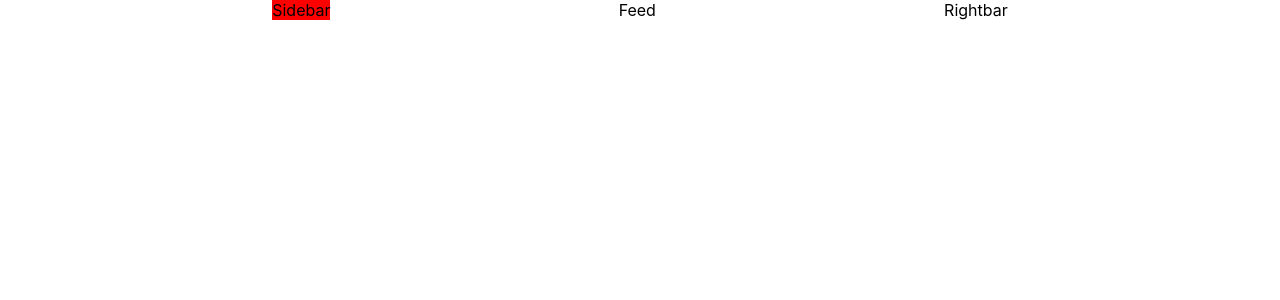
Repository: abubaker-cs/mui5_dashboard
Page: /
An editor plug-in stored every save of this project. The page is shown before and after the next save, followed by the edit.
The browser window is 1280 px wide. The pictures show the whole page.
The project was rebuilt for these pictures with package versions that can differ from the ones it lists, and the page was loaded fresh each time. Also part of the build but not shown: src/App.css.

Above is the page before, as saved 2022-07-17 05:25:26.

After the next save:
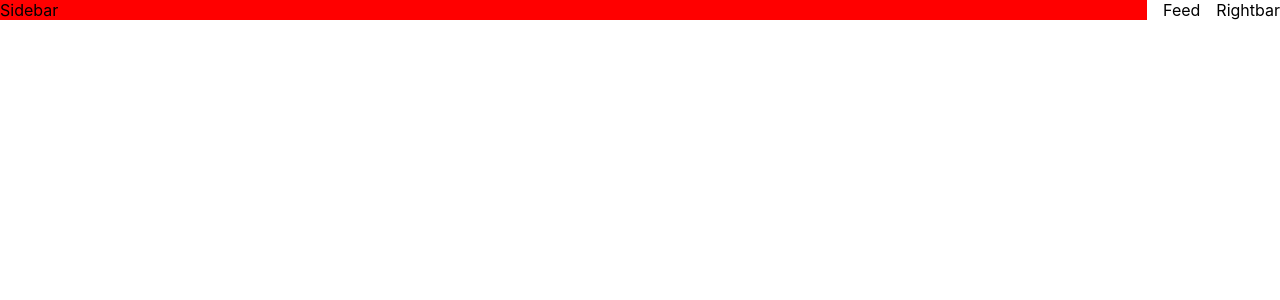
Saved 10 s later.
--- a/src/components/Sidebar.jsx
+++ b/src/components/Sidebar.jsx
@@ -3,7 +3,7 @@
 
 const Sidebar = () => {
   return (
-    <Box bgcolor="red" flex>
+    <Box bgcolor="red" flex={1}>
       Sidebar
     </Box>
   );
